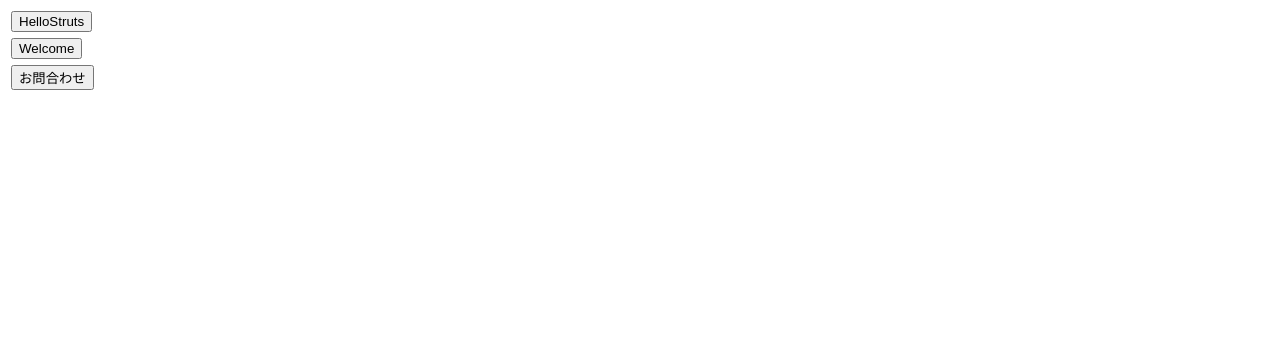
Repository: watasyaada/test
Page: http://localhost/WebProj/
These files come from the project's save history. The page is drawn as it stood at one moment and after the next save; the edit follows.
The browser window is 1280 px wide. The pictures show the whole page.
The page is served by Tomcat 9. Other server files are loaded and not shown.

Above is the page before, as saved 2018-06-11 08:41:13.

### WebProj/WebContent/index.jsp
<%@ page language="java" contentType="text/html; charset=UTF-8" pageEncoding="UTF-8"%>
<%@ taglib prefix="s" uri="/struts-tags" %>
<!DOCTYPE html>
<html>
<head>
<meta charset="utf-8">
<title>INDEX</title>
</head>
<body>
   <s:form action="HelloStrutsAction">
       <s:submit value="HelloStruts"/>
       </s:form>

       <s:form action="WelcomeAction">
            <s:submit value="Welcome"/>
       </s:form>

       <s:form action="InquiryAction">
            <s:submit value="お問合わせ"/>
       </s:form>

</body>
</html>

After the next save:
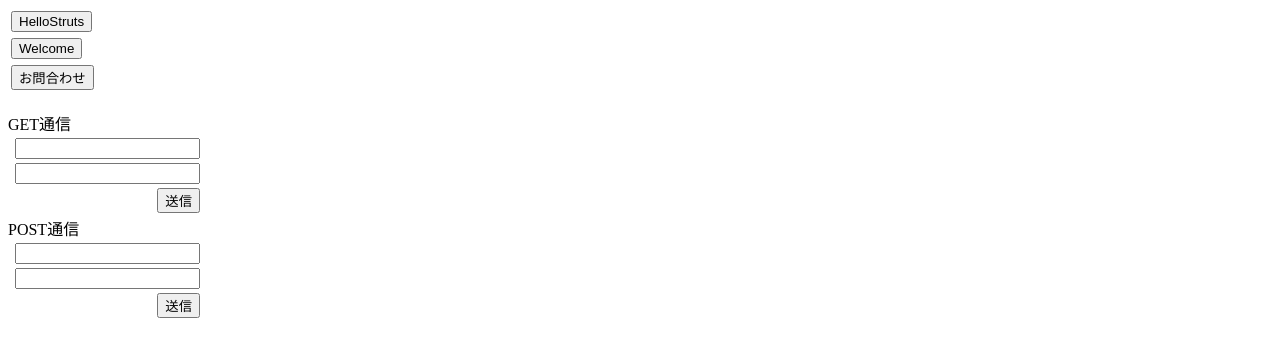
Saved 8 min 52 s later.
--- a/WebProj/WebContent/index.jsp
+++ b/WebProj/WebContent/index.jsp
@@ -19,5 +19,19 @@
             <s:submit value="お問合わせ"/>
        </s:form>
 
+       <br>
+       GET通信
+       <s:form method="get" action="TestAction">
+       <s:textfield name="username"/>
+       <s:password name="password"/>
+       <s:submit value="送信"/>
+       </s:form>
+       POST通信
+        <s:form method="post" action="TestAction">
+       <s:textfield name="username"/>
+       <s:password name="password"/>
+       <s:submit value="送信"/>
+       </s:form>
+
 </body>
 </html>
